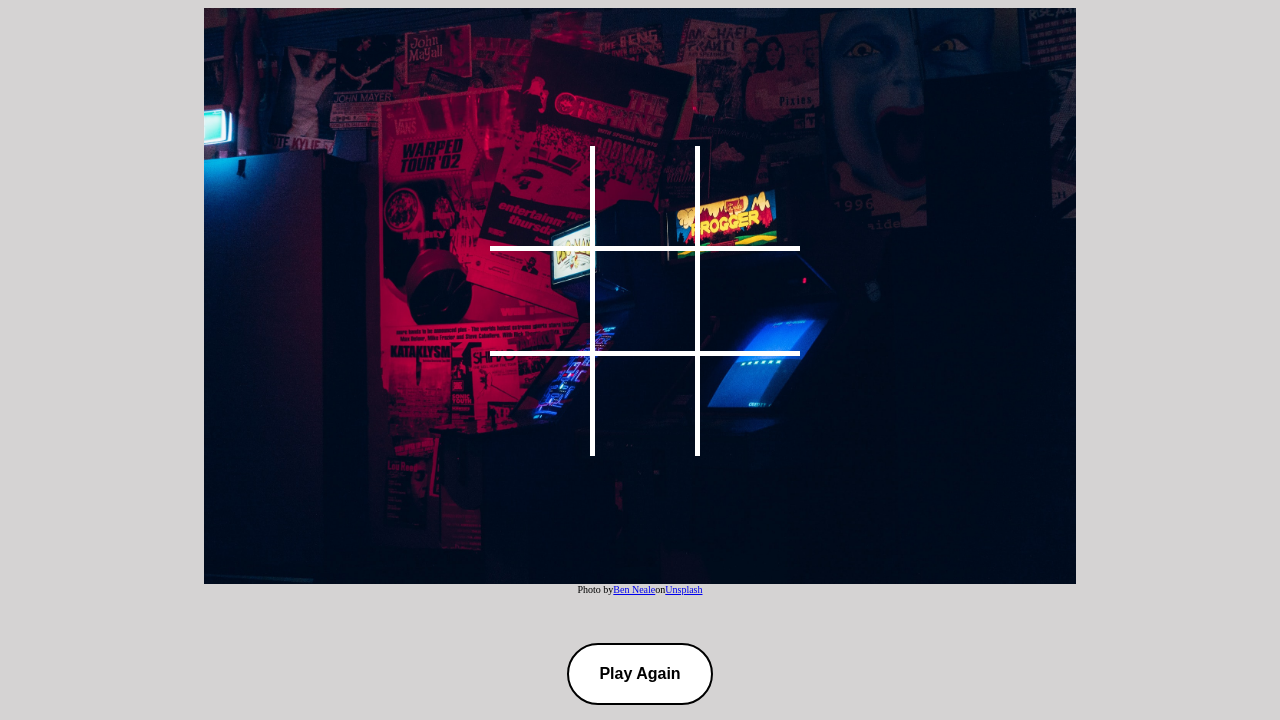
Repository: DrummerDee/tictactoe
Page: index.html
An editor plug-in stored every save of this project. The page is shown before and after the next save, followed by the edit.
The browser window is 1280 px wide. The pictures show the whole page.

Above is the page before, as saved 2022-07-06 15:28:12.

After the next save:
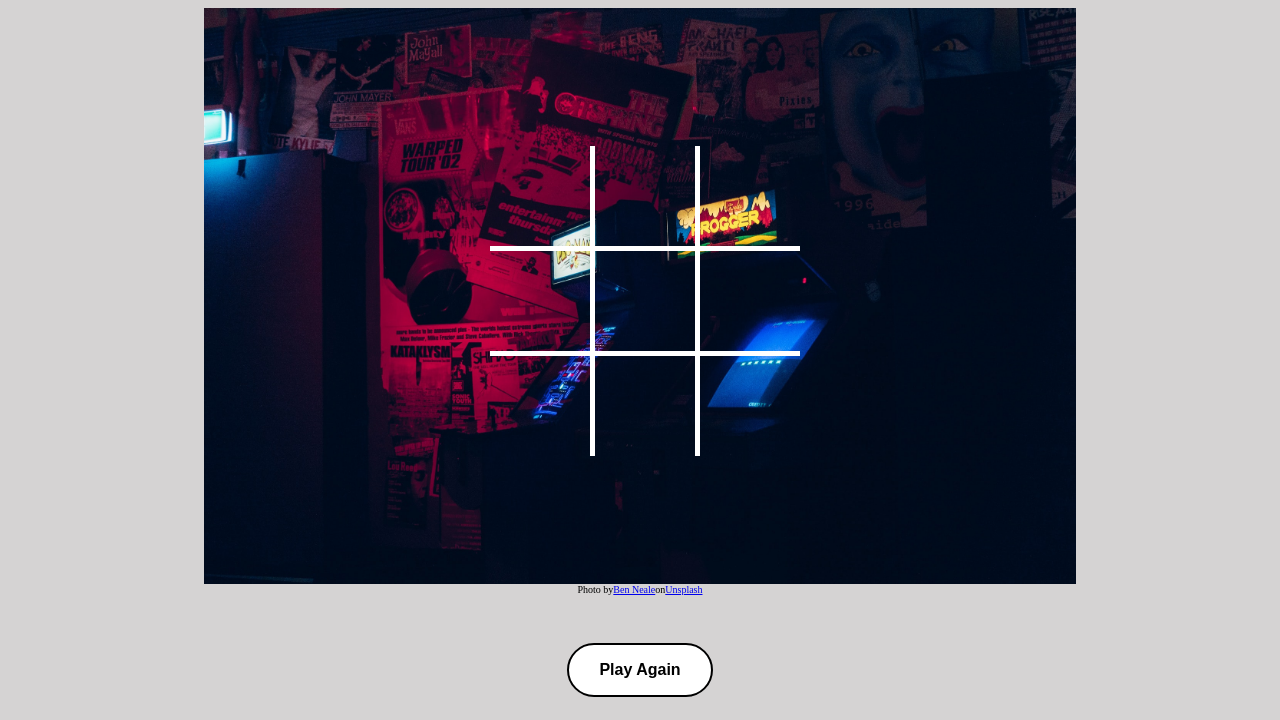
Saved 16 s later.
--- a/tictac.css
+++ b/tictac.css
@@ -52,7 +52,7 @@
 button {
     border-radius: 2rem;
     border: 2px solid black;
-    padding: 20px 30px;
+    padding: 1rem 30px;
     font-size: 1rem;
     font-weight: bold;
     color: black;
